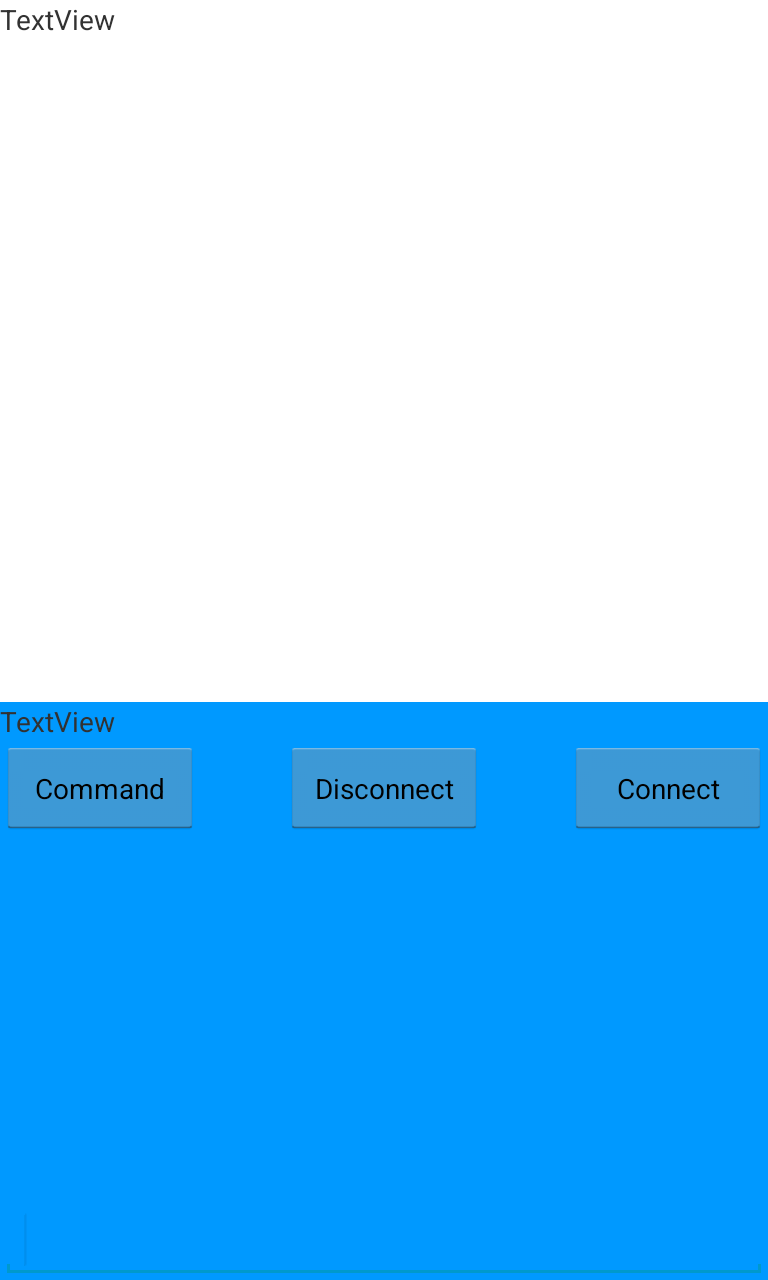
Repository: Clonedpirate/BtSshPwnPI
Layout: HackDroid/res/layout/terminal.xml
These files come from the project's save history. The layout is drawn as it stood at one moment and after the next save; the edit follows.
It is drawn on a 768 x 1280 px phone screen (xhdpi) without system bars, with theme AppTheme; the app's code is not run.

Above is the layout before, as saved 2014-06-19 16:25:38.

### HackDroid/res/layout/terminal.xml
<?xml version="1.0" encoding="utf-8"?>
<RelativeLayout xmlns:android="http://schemas.android.com/apk/res/android"
    android:layout_width="match_parent"
    android:layout_height="match_parent"
    android:orientation="vertical" >

    <TextView
        android:background="@color/white"
        android:id="@+id/terminal"
        android:layout_width="match_parent"
        android:layout_height="351dp"
        android:layout_alignParentLeft="true"
        android:layout_alignParentTop="true"
        android:text="TextView" />

    <TextView
        android:id="@+id/IPtext"
        android:layout_width="wrap_content"
        android:layout_height="wrap_content"
        android:layout_alignParentLeft="true"
        android:layout_below="@+id/terminal"
        android:text="TextView" />

    <EditText
        android:id="@+id/editText1"
        android:layout_width="match_parent"
        android:layout_height="wrap_content"
        android:layout_alignParentBottom="true"
        android:layout_alignParentLeft="true"
        android:ems="10" >

        <requestFocus />
    </EditText>

    <Button
        android:id="@+id/button1"
        style="?android:attr/buttonStyleSmall"
        android:layout_width="100dp"
        android:layout_height="wrap_content"
        android:layout_alignParentRight="true"
        android:layout_below="@+id/IPtext"
        android:text="Connect" />

    <Button
        android:id="@+id/button2"
        style="?android:attr/buttonStyleSmall"
        android:layout_width="100dp"
        android:layout_height="wrap_content"
        android:layout_below="@+id/IPtext"
        android:layout_centerHorizontal="true"
        android:text="Disconnect" />

    <Button
        android:id="@+id/button3"
        style="?android:attr/buttonStyleSmall"
        android:layout_width="100dp"
        android:layout_height="wrap_content"
        android:layout_alignParentLeft="true"
        android:layout_below="@+id/IPtext"
        android:text="Command" />

</RelativeLayout>

### HackDroid/res/values/styles.xml
<?xml version="1.0" encoding="utf-8"?>
<resources>

    <style name="AppTheme" parent="android:Theme.Holo.Light">
        <item name="android:windowBackground">@color/lblue</item>
        <item name="android:windowTranslucentStatus">false</item>
        <item name="android:windowTranslucentNavigation">true</item>
        <item name="android:fitsSystemWindows">true</item>
        <item name="android:actionBarStyle">@style/ActionBar.Solid.GreenStyle</item>
    </style>

    <style name="ActionBar.Solid.GreenStyle" parent="@android:style/Widget.Holo.Light.ActionBar.Solid">
        <item name="android:titleTextStyle">@style/AppTheme.ActionBar.Text</item>
        <item name="android:background">@color/blue</item>
    </style>

    <style name="AppTheme.ActionBar.Text" parent="@android:style/TextAppearance">
        <item name="android:textColor">@color/white</item>
        <item name="android:layout_gravity">center</item>
        <item name="android:textSize">14sp</item>
    </style>

    <style name="Theme" parent="android:Theme">
        <item name="android:background">@null</item>
        <item name="android:windowNoTitle">true</item>
    </style>

    <style name="text_title">
        <item name="android:layout_width">fill_parent</item>
        <item name="android:layout_height">wrap_content</item>
        <item name="android:textColor">@color/blue</item>
        <item name="android:gravity">center</item>
    </style>

    <style name="text_option">
        <item name="android:layout_width">wrap_content</item>
        <item name="android:layout_height">wrap_content</item>
        <item name="android:textColor">@color/black</item>
    </style>

    <style name="layout_wrap">
        <item name="android:layout_width">wrap_content</item>
        <item name="android:layout_height">wrap_content</item>
    </style>

    <style name="layout_fill">
        <item name="android:layout_width">fill_parent</item>
        <item name="android:layout_height">fill_parent</item>
    </style>

    <style name="layout_f_w">
        <item name="android:layout_width">fill_parent</item>
        <item name="android:layout_height">wrap_content</item>
    </style>

    <style name="h_line">
        <item name="android:layout_width">fill_parent</item>
        <item name="android:layout_height">1.5dip</item>
        <item name="android:background">@color/blue</item>
    </style>

    <style name="indicator_style">
        <item name="android:layout_width">fill_parent</item>
        <item name="android:layout_height">4dip</item>
        <item name="android:background">@color/blue</item>
        <item name="android:orientation">vertical</item>
    </style>

</resources>

### HackDroid/res/values/strings.xml
<?xml version="1.0" encoding="utf-8"?>
<resources>

    <string name="app_name">   PwnPi Wifite tool</string>
    <string name="action_settings">Settings</string>

    <color name="blue">#0083ff</color>
    <color name="lblue">#0099ff</color>
    <color name="llblue">#14BFFF</color>
    <color name="black">#000000</color>
    <color name="white">#FFFFFF</color>
    <color name="kindagreen">#04d5a2</color>
    <color name="test">#06d3a2</color>

</resources>

After the next save:
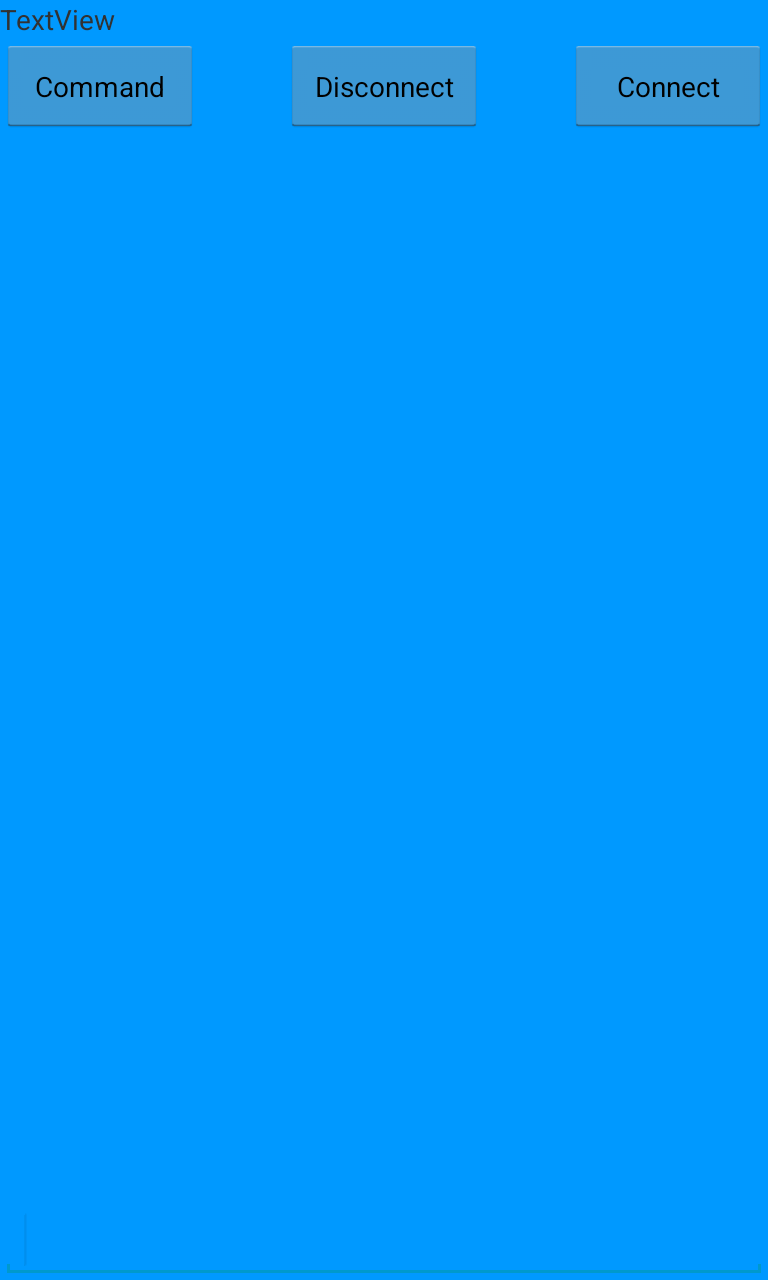
Saved 2 min 8 s later.
--- a/HackDroid/res/layout/terminal.xml
+++ b/HackDroid/res/layout/terminal.xml
@@ -5,20 +5,10 @@
     android:orientation="vertical" >
 
     <TextView
-        android:background="@color/white"
-        android:id="@+id/terminal"
-        android:layout_width="match_parent"
-        android:layout_height="351dp"
-        android:layout_alignParentLeft="true"
-        android:layout_alignParentTop="true"
-        android:text="TextView" />
-
-    <TextView
         android:id="@+id/IPtext"
         android:layout_width="wrap_content"
         android:layout_height="wrap_content"
         android:layout_alignParentLeft="true"
-        android:layout_below="@+id/terminal"
         android:text="TextView" />
 
     <EditText
@@ -59,4 +49,19 @@
         android:layout_below="@+id/IPtext"
         android:text="Command" />
 
+    <ScrollView
+        android:id="@+id/scrollView1"
+        android:layout_width="wrap_content"
+        android:layout_height="wrap_content"
+        android:layout_alignParentLeft="true"
+        android:layout_alignParentTop="true"
+        android:layout_marginTop="18dp" >
+
+        <LinearLayout
+            android:layout_width="match_parent"
+            android:layout_height="match_parent"
+            android:orientation="vertical" >
+        </LinearLayout>
+    </ScrollView>
+
 </RelativeLayout>

After the 2 saves that followed:
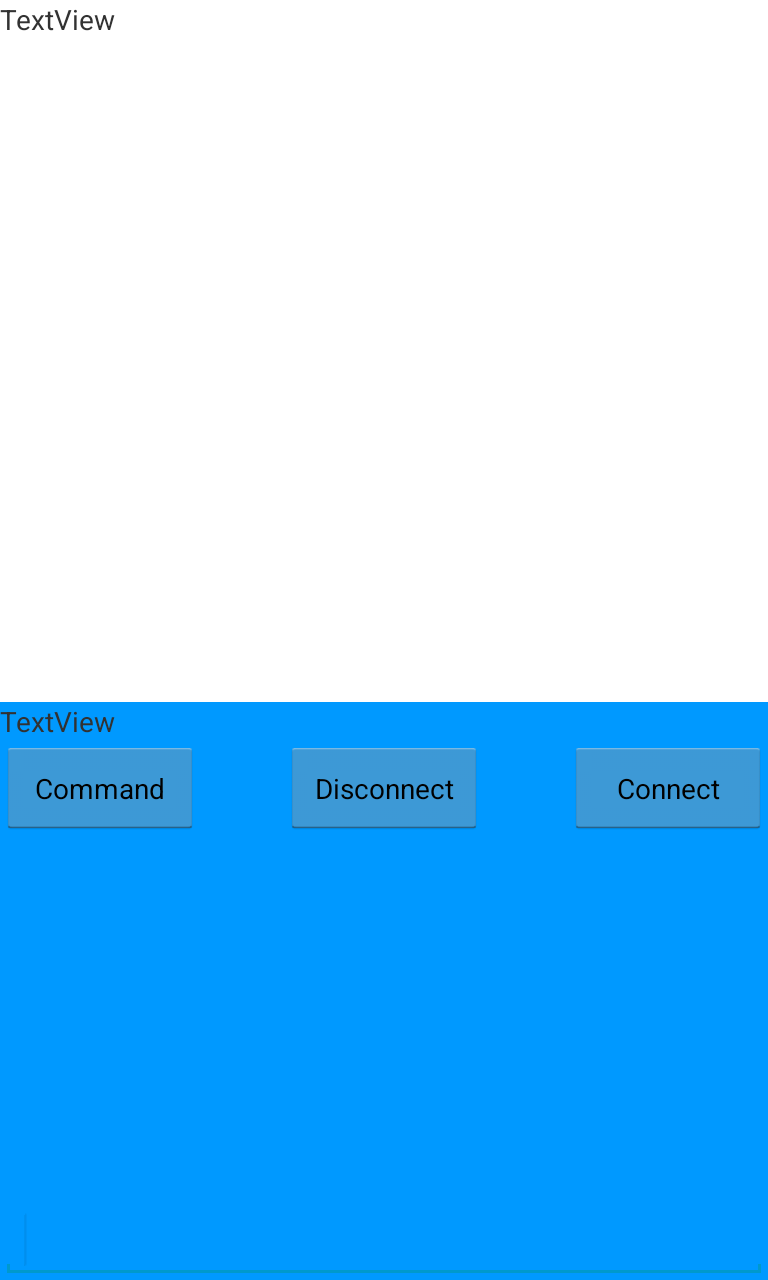
The 2 saves are shown as one change because they came seconds apart.
The last was saved 101 s later.
--- a/HackDroid/res/layout/terminal.xml
+++ b/HackDroid/res/layout/terminal.xml
@@ -5,10 +5,20 @@
     android:orientation="vertical" >
 
     <TextView
+        android:background="@color/white"
+        android:id="@+id/terminal"
+        android:layout_width="match_parent"
+        android:layout_height="351dp"
+        android:layout_alignParentLeft="true"
+        android:layout_alignParentTop="true"
+        android:text="TextView" />
+
+    <TextView
         android:id="@+id/IPtext"
         android:layout_width="wrap_content"
         android:layout_height="wrap_content"
         android:layout_alignParentLeft="true"
+        android:layout_below="@+id/terminal"
         android:text="TextView" />
 
     <EditText
@@ -49,19 +59,4 @@
         android:layout_below="@+id/IPtext"
         android:text="Command" />
 
-    <ScrollView
-        android:id="@+id/scrollView1"
-        android:layout_width="wrap_content"
-        android:layout_height="wrap_content"
-        android:layout_alignParentLeft="true"
-        android:layout_alignParentTop="true"
-        android:layout_marginTop="18dp" >
-
-        <LinearLayout
-            android:layout_width="match_parent"
-            android:layout_height="match_parent"
-            android:orientation="vertical" >
-        </LinearLayout>
-    </ScrollView>
-
 </RelativeLayout>
